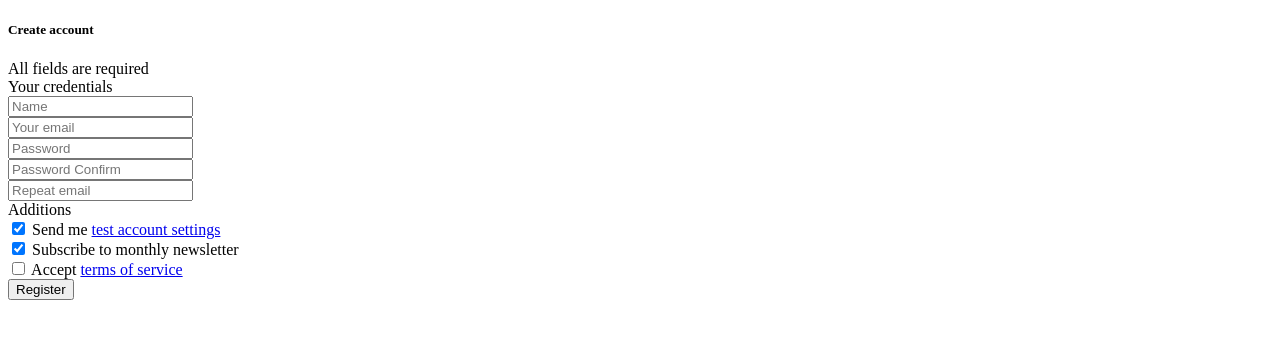
Repository: dionannd/laravel-inventory
Page: http://localhost/register
The author's editor kept a copy of each file at every save. The page is drawn from the files as they stood at one save, then again after the next save.
The browser window is 1280 px wide. The pictures show the whole page.
The page is served by the project's Laravel application, run on PHP 8.4 with Laravel 8. Other server files are loaded and not shown.

Above is the page before, as saved 2019-08-02 19:36:14.

### app/Helpers/Helper.php
<?php

/**
 * Set any link as active by adding active class.
 * @param [url] $uri  Current URI.
 * @param string $output CSS class name.
 */

function set_active($uri, $output = 'active')
{
	if ( is_array($uri) ) {
		foreach ($uri as $u) {
			if (Route::is($u)) {
				return $output;
			}
		}
	} else {
		if (Route::is($uri)) {
			return $output;
		}
	}
}

function set_open($uri, $output = 'nav-item-expanded nav-item-open')
{
	if ( is_array($uri) ) {
		foreach ($uri as $u) {
			if (Route::is($u)) {
				return $output;
			}
		}
	} else {
		if (Route::is($uri)) {
			return $output;
		}
	}
}

### app/Providers/AppServiceProvider.php
<?php

namespace App\Providers;

use Illuminate\Support\ServiceProvider;
use Illuminate\Support\Facades\Blade;

class AppServiceProvider extends ServiceProvider
{
    /**
     * Register any application services.
     *
     * @return void
     */
    public function register()
    {
        //
    }

    /**
     * Bootstrap any application services.
     *
     * @return void
     */
    public function boot()
    {
        Blade::withoutComponentTags();
    }
}

### routes/web.php
<?php

use Illuminate\Support\Facades\Route;

/*
|--------------------------------------------------------------------------
| Web Routes
|--------------------------------------------------------------------------
|
| Here is where you can register web routes for your application. These
| routes are loaded by the RouteServiceProvider within a group which
| contains the "web" middleware group. Now create something great!
|
*/

Route::get('/', function () {
    return view('auth.login');
});

Auth::routes();

Route::group(['middleware' => 'auth:web'], function(){
    Route::get('/home', 'HomeController@index')->name('home');
    // Category Route
    Route::resource('category', 'CategoryController');
    // Place Route
    Route::resource('/place', 'PlaceController');
    // Product Route
    Route::get('/product/delete/{id}','ProductController@destroy')->name('product.destroy');
    Route::resource('/product', 'ProductController');
    // Customer Route
    Route::get('/customer/delete/{id}', 'CustomerController@destroy')->name('customer.destroy');
    Route::resource('/customer', 'CustomerController');
    // Supplier Route
    Route::get('/supplier/delete/{id}', 'SupplierController@destroy')->name('supplier.destroy');
    Route::resource('/supplier', 'SupplierController');
    // Sales Route
    Route::get('/sales/delete/{id}', 'SalesController@destroy')->name('sales.destroy');
    Route::resource('/sales', 'SalesController');
    // Price Sales from Product
    Route::post('/sales/price', 'SalesController@getPrice')->name('sales.price');
    // Inovoice Sales
    Route::get('sales/show/{id}', 'SalesController@show')->name('sales.show');
    // Purchase Route
    Route::get('/purchase/delete/{id}', 'PurchaseController@destroy')->name('purchase.destroy');
    Route::resource('/purchase', 'PurchaseController');
    // Approve Purchase
    Route::get('/purchase/approve/{id}', 'PurchaseController@approve')->name('purchase.approve');
    // Excel Purchase
    Route::get('purchase/export_pdf/{id}', 'PurchaseController@export_pdf')->name('purchase.pdf');
    // Invoice Purchase
    Route::get('purchase/show/{id}', 'PurchaseController@show')->name('purchase.show');
    // Finance Route
    Route::get('/finance/delete/{id}', 'FinanceController@destroy')->name('finance.destroy');
    Route::resource('/finance', 'FinanceController');
    // CashOut Route
    Route::resource('/cashout', 'CashoutController');
    Route::get('/cashout/delete/{id}', 'CashoutController@destroy')->name('cashout.destroy');
    // Loss Route
    Route::get('/loss/delete/{id}', 'LossController@destroy')->name('loss.destroy');
    Route::resource('loss', 'LossController');
    // Get data from Sales
    Route::post('/loss/purchase', 'LossController@getData')->name('loss.getdata');
});

### app/Http/Controllers/Auth/LoginController.php
<?php

namespace App\Http\Controllers\Auth;

use App\Http\Controllers\Controller;
use Illuminate\Foundation\Auth\AuthenticatesUsers;

class LoginController extends Controller
{
    /*
    |--------------------------------------------------------------------------
    | Login Controller
    |--------------------------------------------------------------------------
    |
    | This controller handles authenticating users for the application and
    | redirecting them to your home screen. The controller uses a trait
    | to conveniently provide its functionality to your applications.
    |
    */

    public function formLogin()
    {
        return view('login.pages.index');
    }

    use AuthenticatesUsers;

    /**
     * Where to redirect users after login.
     *
     * @var string
     */
    protected $redirectTo = '/home';

    /**
     * Create a new controller instance.
     *
     * @return void
     */
    public function __construct()
    {
        $this->middleware('guest')->except('logout');
    }
}

### app/Http/Controllers/Auth/RegisterController.php
<?php

namespace App\Http\Controllers\Auth;

use App\User;
use App\Http\Controllers\Controller;
use Illuminate\Support\Facades\Hash;
use Illuminate\Support\Facades\Validator;
use Illuminate\Foundation\Auth\RegistersUsers;

class RegisterController extends Controller
{
    /*
    |--------------------------------------------------------------------------
    | Register Controller
    |--------------------------------------------------------------------------
    |
    | This controller handles the registration of new users as well as their
    | validation and creation. By default this controller uses a trait to
    | provide this functionality without requiring any additional code.
    |
    */

    use RegistersUsers;

    /**
     * Where to redirect users after registration.
     *
     * @var string
     */
    protected $redirectTo = '/login';

    /**
     * Create a new controller instance.
     *
     * @return void
     */
    public function __construct()
    {
        $this->middleware('guest');
    }

    /**
     * Get a validator for an incoming registration request.
     *
     * @param  array  $data
     * @return \Illuminate\Contracts\Validation\Validator
     */
    protected function validator(array $data)
    {
        return Validator::make($data, [
            'name' => ['required', 'string', 'max:255'],
            'email' => ['required', 'string', 'email', 'max:255', 'unique:users'],
            'password' => ['required', 'string', 'min:8', 'confirmed'],
        ]);
    }

    /**
     * Create a new user instance after a valid registration.
     *
     * @param  array  $data
     * @return \App\User
     */
    protected function create(array $data)
    {
        return User::create([
            'name' => $data['name'],
            'email' => $data['email'],
            'password' => Hash::make($data['password']),
        ]);
    }
}

### resources/views/auth/register.blade.php
@extends('layouts.login.master')

@section('title')
    <title>Register</title>
@endsection

@section('content')
<!-- Content area -->
<div class="content d-flex justify-content-center align-items-center">

    <!-- Registration form -->
    <form class="login-form" action="index.html">
        <div class="card mb-0">
            <div class="card-body">
                <div class="text-center mb-3">
                    <i class="icon-plus3 icon-2x text-success border-success border-3 rounded-round p-3 mb-3 mt-1"></i>
                    <h5 class="mb-0">Create account</h5>
                    <span class="d-block text-muted">All fields are required</span>
                </div>

                <div class="form-group text-center text-muted content-divider">
                    <span class="px-2">Your credentials</span>
                </div>

                <div class="form-group form-group-feedback form-group-feedback-left">
                    <input type="text" class="form-control" placeholder="Name">
                    <div class="form-control-feedback">
                        <i class="icon-user-check text-muted"></i>
                    </div>
                </div>

                <div class="form-group form-group-feedback form-group-feedback-left">
                    <input type="password" class="form-control" placeholder="Your email">
                    <div class="form-control-feedback">
                        <i class="icon-mention text-muted"></i>
                    </div>
                </div>

                <div class="form-group form-group-feedback form-group-feedback-left">
                    <input type="password" class="form-control" placeholder="Password">
                    <div class="form-control-feedback">
                        <i class="icon-user-lock text-muted"></i>
                    </div>
                </div>

                <div class="form-group form-group-feedback form-group-feedback-left">
                    <input type="password" class="form-control" placeholder="Password Confirm">
                    <div class="form-control-feedback">
                        <i class="icon-user-lock text-muted"></i>
                    </div>
                </div>





                <div class="form-group form-group-feedback form-group-feedback-left">
                    <input type="password" class="form-control" placeholder="Repeat email">
                    <div class="form-control-feedback">
                        <i class="icon-mention text-muted"></i>
                    </div>
                </div>

                <div class="form-group text-center text-muted content-divider">
                    <span class="px-2">Additions</span>
                </div>

                <div class="form-group">
                    <div class="form-check">
                        <label class="form-check-label">
                            <input type="checkbox" name="remember" class="form-input-styled" checked data-fouc>
                            Send me <a href="#">test account settings</a>
                        </label>
                    </div>

                    <div class="form-check">
                        <label class="form-check-label">
                            <input type="checkbox" name="remember" class="form-input-styled" checked data-fouc>
                            Subscribe to monthly newsletter
                        </label>
                    </div>

                    <div class="form-check">
                        <label class="form-check-label">
                            <input type="checkbox" name="remember" class="form-input-styled" data-fouc>
                            Accept <a href="#">terms of service</a>
                        </label>
                    </div>
                </div>

                <button type="submit" class="btn bg-teal-400 btn-block">Register <i class="icon-circle-right2 ml-2"></i></button>
            </div>
        </div>
    </form>
    <!-- /registration form -->

</div>
<!-- /content area -->
@endsection

### resources/views/layouts/login/master.blade.php
<!DOCTYPE html>
<html lang="{{ str_replace('_', '-', app()->getLocale()) }}">
    <head>
        <meta charset="utf-8">
        <meta http-equiv="X-UA-Compatible" content="IE=edge">
        <meta name="viewport" content="width=device-width, initial-scale=1, shrink-to-fit=no">

        <!-- CSRF Token -->
        <meta name="csrf-token" content="{{ csrf_token() }}">

        @yield('title')

        <!-- Global stylesheets -->
        <link href="https://fonts.googleapis.com/css?family=Roboto:400,300,100,500,700,900" rel="stylesheet" type="text/css">
        <link href="{{ asset('css/icons/icomoon/styles.css') }}" rel="stylesheet" type="text/css">
        <link href="{{ asset('css/bootstrap.min.css') }}" rel="stylesheet" type="text/css">
        <link href="{{ asset('css/bootstrap_limitless.min.css') }}" rel="stylesheet" type="text/css">
        <link href="{{ asset('css/layout.min.css') }}" rel="stylesheet" type="text/css">
        <link href="{{ asset('css/components.min.css') }}" rel="stylesheet" type="text/css">
        <link href="{{ asset('css/colors.min.css') }}" rel="stylesheet" type="text/css">
        <!-- /global stylesheets -->

        <!-- Core JS files -->
        <script src="{{ asset('js/main/jquery.min.js') }}"></script>
        <script src="{{ asset('js/main/bootstrap.bundle.min.js') }}"></script>
        <script src="{{ asset('js/plugins/loaders/blockui.min.js') }}"></script>
        <!-- /core JS files -->

        <!-- Theme JS files -->
        <script src="{{ asset('js/app.js') }}"></script>
        <script src="{{ asset('js/plugins/forms/styling/uniform.min.js') }}"></script>
        <!-- /theme JS files -->

    </head>

<body class="bg-slate-800">

    <!-- Page content -->
    <div class="page-content">
        <!-- Main content -->
        <div class="content-wrapper">

            @yield('content')

        </div>
    </div>

</body>
</html>

Loaded but not shown: app/Http/Controllers/Controller.php (common file)

After the next save:
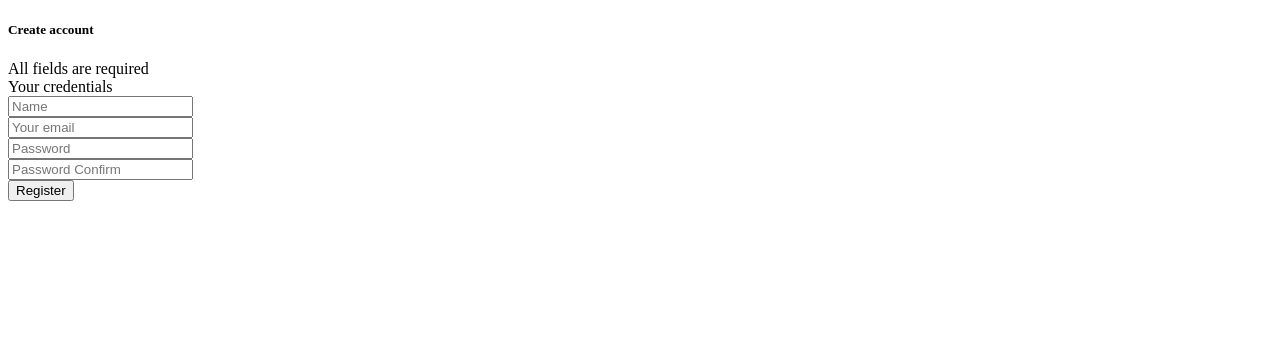
Saved 13 s later.
--- a/resources/views/auth/register.blade.php
+++ b/resources/views/auth/register.blade.php
@@ -54,38 +54,7 @@
 
 
 
-                <div class="form-group form-group-feedback form-group-feedback-left">
-                    <input type="password" class="form-control" placeholder="Repeat email">
-                    <div class="form-control-feedback">
-                        <i class="icon-mention text-muted"></i>
-                    </div>
-                </div>
 
-                <div class="form-group text-center text-muted content-divider">
-                    <span class="px-2">Additions</span>
-                </div>
-
-                <div class="form-group">
-                    <div class="form-check">
-                        <label class="form-check-label">
-                            <input type="checkbox" name="remember" class="form-input-styled" checked data-fouc>
-                            Send me <a href="#">test account settings</a>
-                        </label>
-                    </div>
-
-                    <div class="form-check">
-                        <label class="form-check-label">
-                            <input type="checkbox" name="remember" class="form-input-styled" checked data-fouc>
-                            Subscribe to monthly newsletter
-                        </label>
-                    </div>
-
-                    <div class="form-check">
-                        <label class="form-check-label">
-                            <input type="checkbox" name="remember" class="form-input-styled" data-fouc>
-                            Accept <a href="#">terms of service</a>
-                        </label>
-                    </div>
                 </div>
 
                 <button type="submit" class="btn bg-teal-400 btn-block">Register <i class="icon-circle-right2 ml-2"></i></button>
